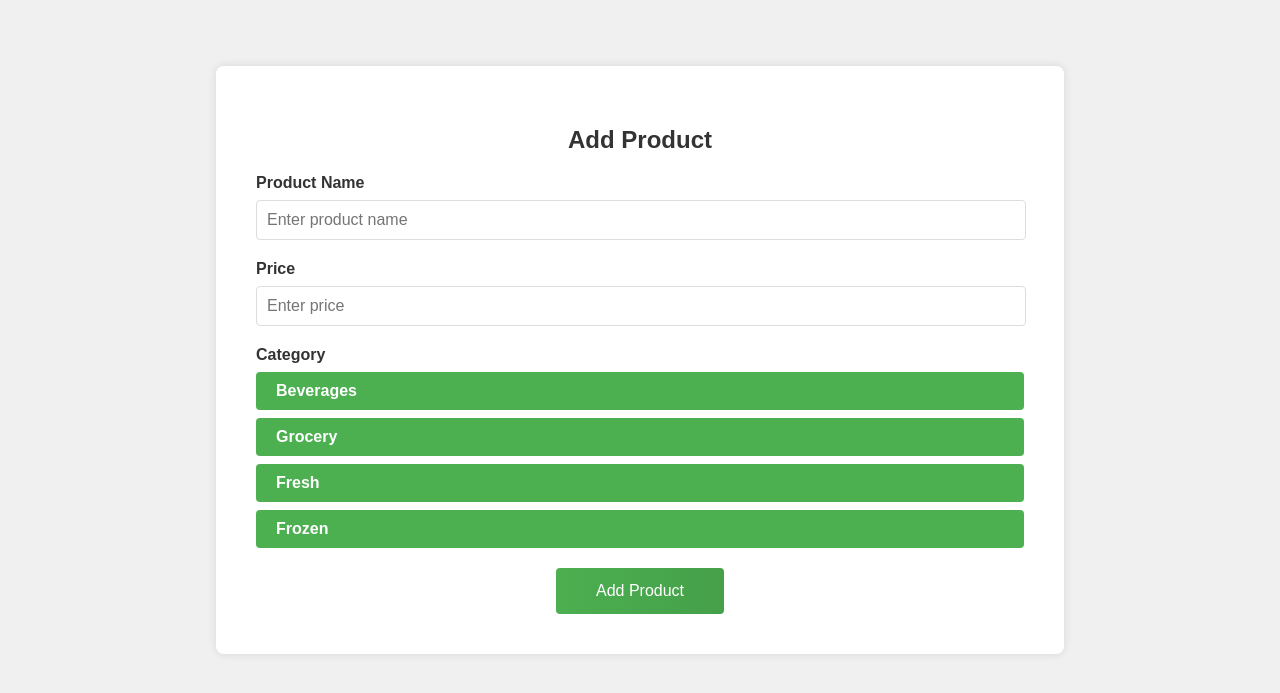
Repository: UrinduYatawakaa/OOP_project
Page: http://localhost/ProductDemo/ProductInsert.jsp
The author's editor kept a copy of each file at every save. The page is drawn from the files as they stood at one save, then again after the next save.
The browser window is 1280 px wide. The pictures show the whole page.
The page is served by Tomcat 9. Other server files are loaded and not shown.

Above is the page before, as saved 2023-10-25 12:16:00.

### oop project/ProductDemo/src/main/webapp/ProductInsert.jsp
<%@ page language="java" contentType="text/html; charset=ISO-8859-1"
    pageEncoding="ISO-8859-1"%>

<!DOCTYPE html>
<html lang="en">

<head>
    <meta charset="UTF-8">
    <meta name="viewport" content="width=device-width, initial-scale=1.0">
    <title>Add Products</title>
    <link rel="stylesheet" href="css/ProductInsert.css">
</head>

<body>
    <div class="container">
        <h2>Add Product</h2>
        <form id="productForm" action="insert" method="post">
            <div class="input-group">
                <label for="productName">Product Name</label>
                <input type="text" id="productName" name="name" placeholder="Enter product name" required>
            </div>
            <div class="input-group">
                <label for="price">Price</label>
                <input type="text" id="price" name="price" placeholder="Enter price" required>
            </div>
            <div class="input-group">
                <label>Category</label>
                <div class="category-options">
                    <input type="radio" id="category1" name="category" value="Beverages" required>
                    <label for="category1">Beverages</label>
                    <input type="radio" id="category2" name="category" value="Grocery" required>
                    <label for="category2">Grocery</label>
                    <input type="radio" id="category3" name="category" value="Fresh" required>
                    <label for="category3">Fresh</label>
                    <input type="radio" id="category4" name="category" value="Frozen" required>
                    <label for="category4">Frozen</label>
                </div>
            </div>
            <button type="button" onclick="validateForm()">Add Product</button>
        </form>
    </div>

    <script>
    function validateForm() {
        var productName = document.getElementById("productName").value;
        var price = document.getElementById("price").value;
        var category = document.querySelector('input[name="category"]:checked');

        if (productName === "" || price === "" || category === null) {
            alert("All fields are required!");
        } else if (isNaN(parseFloat(price))) {
            alert("Price must be a valid number!");
        } else {
            // Form is valid, you can submit it or perform other actions here
            // For example, you can submit the form using document.getElementById("productForm").submit();
            alert("Form submitted successfully!");
        }
    }

    </script>
</body>

</html>

### oop project/ProductDemo/src/main/webapp/css/ProductInsert.css
@charset "ISO-8859-1";

body {
    background-color: #f0f0f0;
    color: #333;
    font-family: Arial, sans-serif;
    display: flex;
    justify-content: center;
    align-items: center;
    height: 100vh;
    margin: 0;
}

.container {
    background-color: #fff;
    padding: 40px;
    border-radius: 8px;
    box-shadow: 0 0 10px rgba(0, 0, 0, 0.1);
    text-align: center;
    width: 60%;
}

.input-group {
    margin-bottom: 20px;
    text-align: left;
}

.input-group label {
    display: block;
    margin-bottom: 8px;
    font-weight: bold;
}

input[type="text"] {
    width: calc(100% - 20px);
    padding: 10px;
    border: 1px solid #ddd;
    border-radius: 4px;
    font-size: 16px;
}

.category-options input[type="radio"] {
    display: none;
}

.category-options label {
    background-color: #4CAF50;
    color: #fff;
    padding: 10px 20px;
    border-radius: 4px;
    cursor: pointer;
    transition: background-color 0.3s;
}

.category-options input[type="radio"]:checked+label {
    background-color: #45a049;
}

button {
    background: linear-gradient(to right, #4CAF50, #45a049);
    color: #fff;
    border: none;
    padding: 14px 40px;
    border-radius: 4px;
    cursor: pointer;
    font-size: 16px;
    transition: background 0.3s;
}

button:hover {
    background: linear-gradient(to right, #45a049, #4CAF50);
}

After the next save:
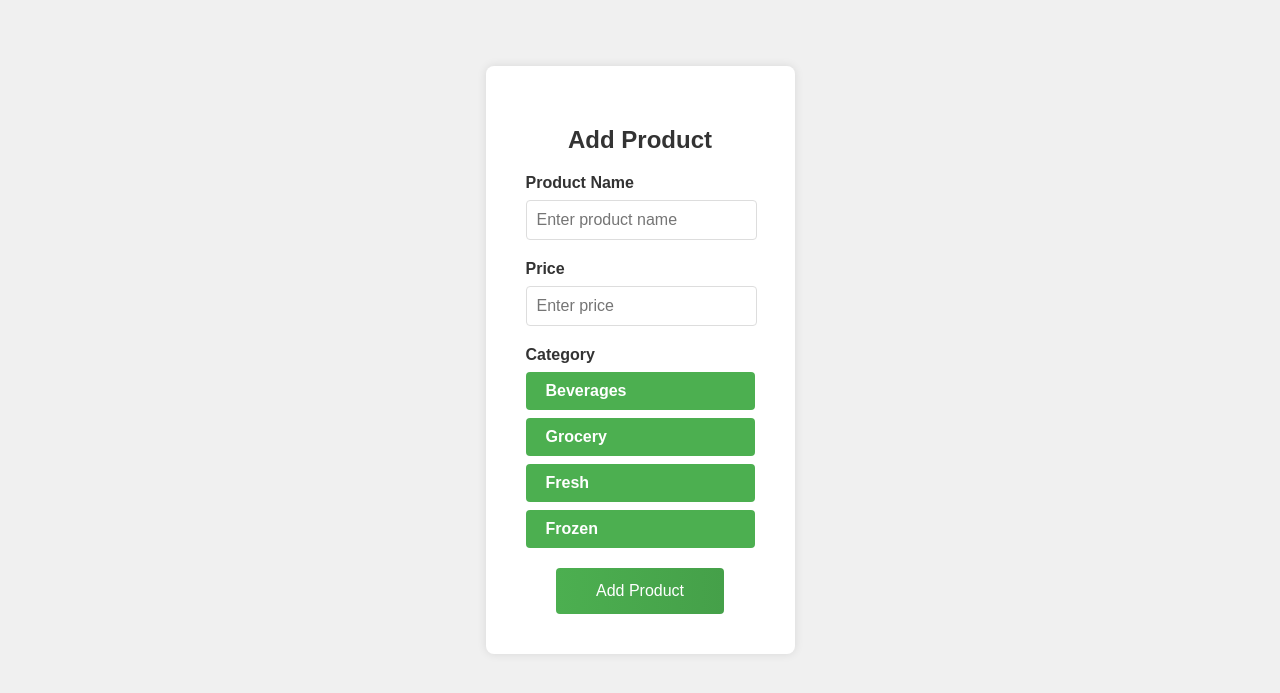
Saved 61 s later.
--- a/oop project/ProductDemo/src/main/webapp/css/ProductInsert.css
+++ b/oop project/ProductDemo/src/main/webapp/css/ProductInsert.css
@@ -17,7 +17,7 @@
     border-radius: 8px;
     box-shadow: 0 0 10px rgba(0, 0, 0, 0.1);
     text-align: center;
-    width: 60%;
+
 }
 
 .input-group {

After the save that followed:
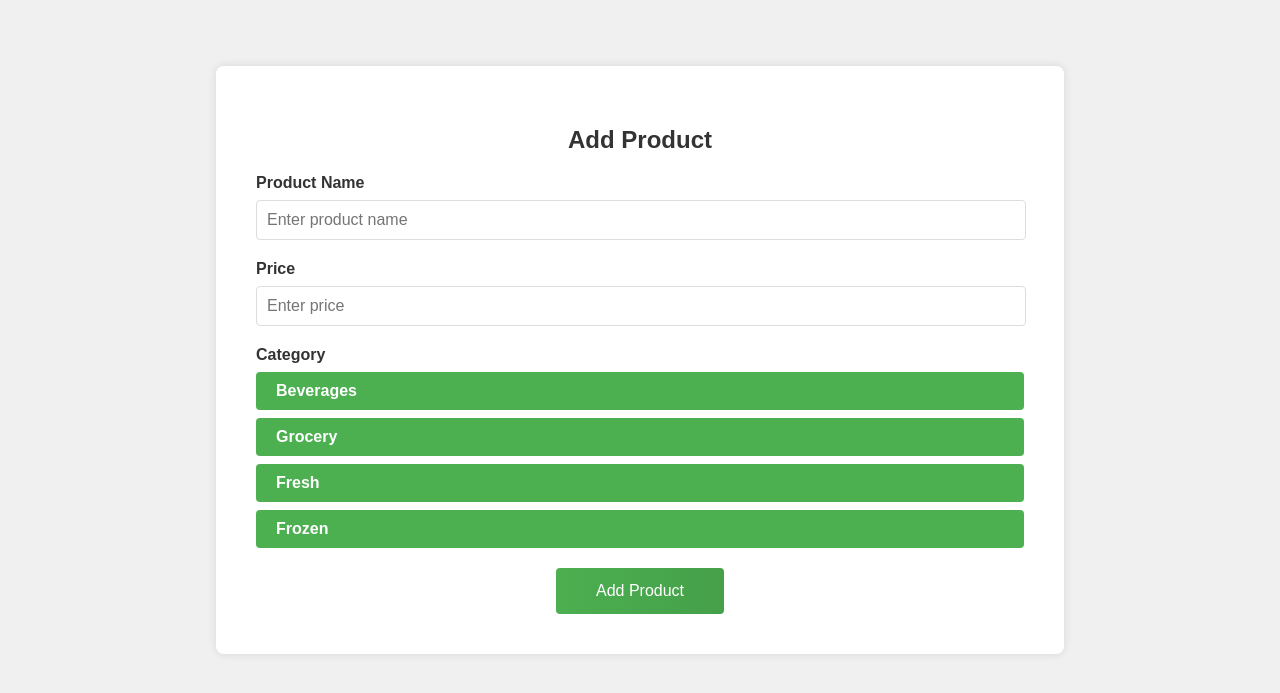
Saved 18 s later.
--- a/oop project/ProductDemo/src/main/webapp/css/ProductInsert.css
+++ b/oop project/ProductDemo/src/main/webapp/css/ProductInsert.css
@@ -17,7 +17,7 @@
     border-radius: 8px;
     box-shadow: 0 0 10px rgba(0, 0, 0, 0.1);
     text-align: center;
-
+    width: 60%;
 }
 
 .input-group {
